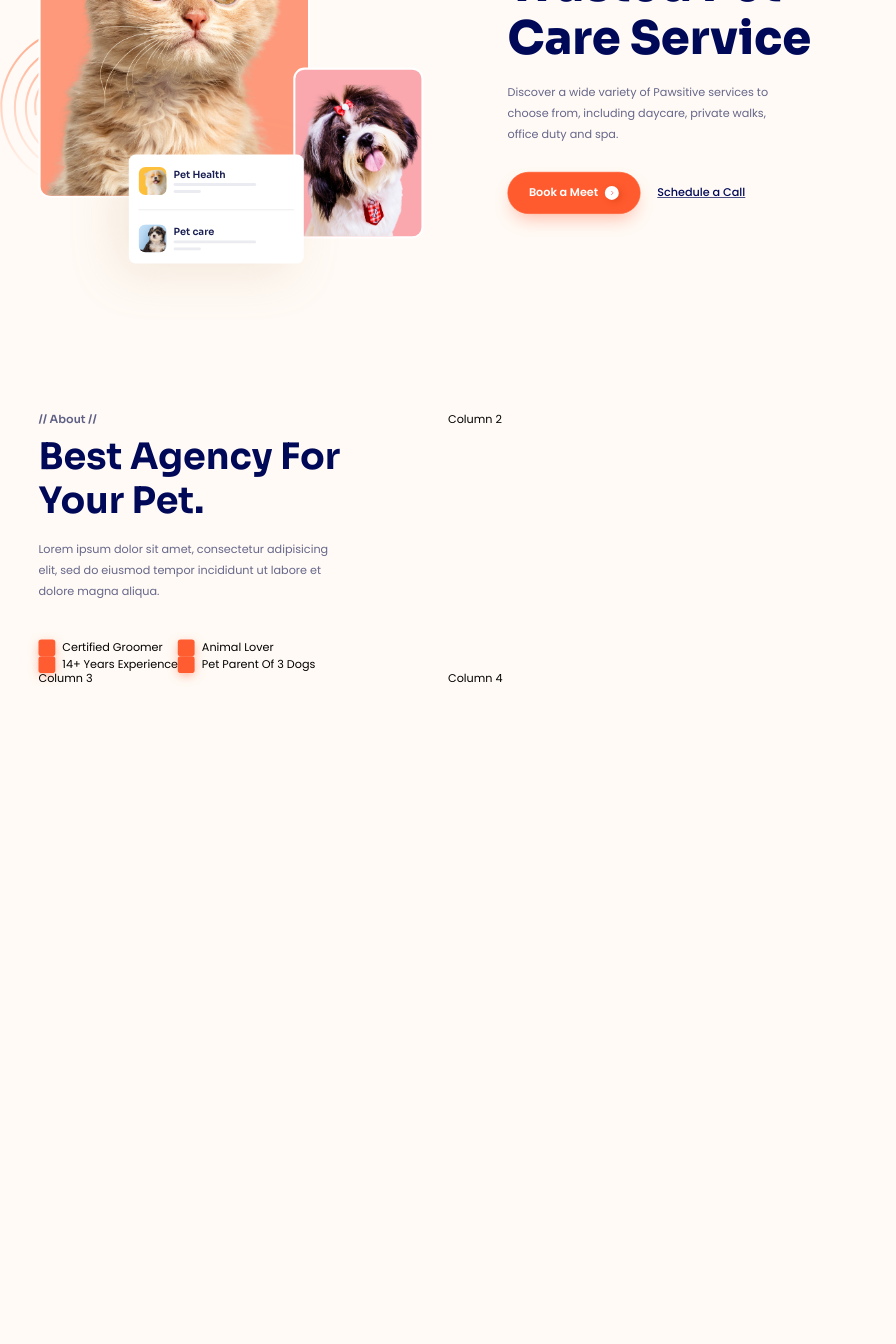
Repository: empty24062002/f8-project-05
Page: index.html
These files come from the project's save history. The page is drawn as it stood at one moment and after the next save; the edit follows.
The browser window is 1280 px wide. The pictures show the part of the page from y = 382 to 2302 px (the page is 10965 px tall), at 70% of full size.

Above is the page before, as saved 2023-09-11 09:45:36.

### index.html
<!DOCTYPE html>
<html lang="en">
    <head>
        <meta charset="UTF-8" />
        <meta name="viewport" content="width=device-width, initial-scale=1.0" />
        <title>Lucy</title>
        <!-- favicon -->
        <link
            rel="apple-touch-icon"
            sizes="57x57"
            href="./assets/favicon/apple-icon-57x57.png"
        />
        <link
            rel="apple-touch-icon"
            sizes="60x60"
            href="./assets/favicon/apple-icon-60x60.png"
        />
        <link
            rel="apple-touch-icon"
            sizes="72x72"
            href="./assets/favicon/apple-icon-72x72.png"
        />
        <link
            rel="apple-touch-icon"
            sizes="76x76"
            href="./assets/favicon/apple-icon-76x76.png"
        />
        <link
            rel="apple-touch-icon"
            sizes="114x114"
            href="./assets/favicon/apple-icon-114x114.png"
        />
        <link
            rel="apple-touch-icon"
            sizes="120x120"
            href="./assets/favicon/apple-icon-120x120.png"
        />
        <link
            rel="apple-touch-icon"
            sizes="144x144"
            href="./assets/favicon/apple-icon-144x144.png"
        />
        <link
            rel="apple-touch-icon"
            sizes="152x152"
            href="./assets/favicon/apple-icon-152x152.png"
        />
        <link
            rel="apple-touch-icon"
            sizes="180x180"
            href="./assets/favicon/apple-icon-180x180.png"
        />
        <link
            rel="icon"
            type="image/png"
            sizes="192x192"
            href="./assets/favicon/android-icon-192x192.png"
        />
        <link
            rel="icon"
            type="image/png"
            sizes="32x32"
            href="./assets/favicon/favicon-32x32.png"
        />
        <link
            rel="icon"
            type="image/png"
            sizes="96x96"
            href="./assets/favicon/favicon-96x96.png"
        />
        <link
            rel="icon"
            type="image/png"
            sizes="16x16"
            href="./assets/favicon/favicon-16x16.png"
        />
        <link rel="manifest" href="./assets/favicon/manifest.json" />
        <meta name="msapplication-TileColor" content="#ffffff" />
        <meta
            name="msapplication-TileImage"
            content="./assets/favicon/ms-icon-144x144.png"
        />
        <meta name="theme-color" content="#ffffff" />
        <!-- reset CSS -->
        <link rel="stylesheet" href="./assets/css/reset.css" />
        <!-- embed font -->
        <link rel="preconnect" href="https://fonts.googleapis.com" />
        <link rel="preconnect" href="https://fonts.gstatic.com" crossorigin />
        <link
            href="https://fonts.googleapis.com/css2?family=Poppins:wght@300;400;500;600&family=Sora:wght@600;700;800&display=swap"
            rel="stylesheet"
        />
        <!-- style css -->
        <link rel="stylesheet" href="./assets/css/styles.css" />
    </head>
    <body>
        <!-- header -->
        <header class="header">
            <div class="container">
                <div class="header__inner">
                    <!-- logo -->
                    <a href="#!">
                        <img
                            src="./assets/img/logo.svg"
                            alt="Lucy"
                            class="header__logo"
                        />
                    </a>
                    <!-- navbar -->
                    <nav class="navbar">
                        <ul class="navbar__list">
                            <li class="navbar__item">
                                <a href="#!" class="navbar__link"> Home </a>
                            </li>
                            <li class="navbar__item">
                                <a href="#!" class="navbar__link"> About </a>
                            </li>
                            <li class="navbar__item">
                                <a href="#!" class="navbar__link"
                                    >Services & Rates
                                </a>
                            </li>
                            <li class="navbar__item">
                                <a href="#!" class="navbar__link"> Reviews </a>
                            </li>
                            <li class="navbar__item">
                                <a href="#!" class="navbar__link">
                                    Contacts us
                                </a>
                            </li>
                        </ul>
                    </nav>
                    <!-- header action -->
                    <div class="header-action">
                        <a href="#!" class="header-action__link">Sign in</a>
                        <a href="#!" class="btn header-action__btn">Sign up</a>
                    </div>
                </div>
            </div>
        </header>
        <!-- hero -->
        <section class="hero">
            <div class="container">
                <div class="hero__inner">
                    <!-- hero media -->
                    <div class="hero__media">
                        <div class="hero__img-wrap">
                            <img
                                src="./assets/img/hero__img1.png"
                                alt=""
                                class="hero__img"
                            />

                            <!-- Decorators -->
                            <img
                                src="./assets/img/decor__01.svg"
                                alt=""
                                class="hero__decor hero__decor-left"
                            />
                            <img
                                src="./assets/img/decor__02.svg"
                                alt=""
                                class="hero__decor hero__decor-right"
                            />
                        </div>
                        <div class="hero__img-wrap hero__img-wrap-small">
                            <img
                                src="./assets/img/hero__img2.png"
                                alt=""
                                class="hero__img"
                            />
                        </div>

                        <div class="hero__list">
                            <!-- hero list item 1 -->
                            <section class="hero-list-item">
                                <img
                                    src="./assets/img/hero__img3.png"
                                    alt=""
                                    class="hero-list-item__thump"
                                />
                                <div class="hero-list-item__info">
                                    <p class="hero-list-item__title">
                                        Pet Health
                                    </p>
                                    <div class="hero-list-item__skeleton"></div>
                                    <div
                                        class="hero-list-item__skeleton"
                                        style="--width: 39px"
                                    ></div>
                                </div>
                            </section>

                            <div class="hero-list-item__separate"></div>
                            <!-- hero list item 2 -->
                            <section class="hero-list-item">
                                <img
                                    src="./assets/img/hero__img4.png"
                                    alt=""
                                    class="hero-list-item__thump"
                                />
                                <div class="hero-list-item__info">
                                    <p class="hero-list-item__title">
                                        Pet care
                                    </p>
                                    <div class="hero-list-item__skeleton"></div>
                                    <div
                                        class="hero-list-item__skeleton"
                                        style="--width: 39px"
                                    ></div>
                                </div>
                            </section>
                        </div>
                    </div>
                    <!-- hero content -->
                    <section class="hero__content">
                        <h1 class="hero__heading">
                            Established & Trusted Pet Care Service
                        </h1>
                        <p class="hero__desc">
                            Discover a wide variety of Pawsitive services to
                            choose from, including daycare, private walks,
                            office duty and spa.
                        </p>
                        <div class="hero__row">
                            <a href="#!" class="btn btn--primary hero__cta-btn">
                                Book a Meet
                                <span class="btn__icon">
                                    <svg
                                        width="5"
                                        height="6"
                                        viewBox="0 0 5 6"
                                        fill="none"
                                        xmlns="http://www.w3.org/2000/svg"
                                    >
                                        <path
                                            d="M1.48584 0.5L3.98584 3L1.48584 5.5"
                                            stroke="#FD5056"
                                            stroke-linecap="round"
                                            stroke-linejoin="round"
                                        />
                                    </svg>
                                </span>
                            </a>
                            <a href="#!" class="hero__cta-link">
                                Schedule a Call
                            </a>
                        </div>
                    </section>
                </div>
            </div>
        </section>
        <main style="height: 10000px">
            <!-- about -->
            <section class="about">
                <div class="container">
                    <div class="about__inner">
                        <section class="about__content">
                            <p class="about__lable">// About //</p>
                            <h2 class="about__heading section-heading">
                                Best Agency For Your Pet.
                            </h2>
                            <p class="about__desc section-desc">
                                Lorem ipsum dolor sit amet, consectetur
                                adipisicing elit, sed do eiusmod tempor
                                incididunt ut labore et dolore magna aliqua.
                            </p>
                            <div class="about__checklist">
                                <span class="about__check-item">
                                    Certified Groomer
                                </span>
                                <span class="about__check-item">
                                    Animal Lover
                                </span>
                                <span class="about__check-item">
                                    14+ Years Experience
                                </span>
                                <span class="about__check-item">
                                    Pet Parent Of 3 Dogs
                                </span>
                            </div>
                        </section>
                        <div class="about__media">Column 2</div>
                        <div class="about__media">Column 3</div>
                        <section class="about__content">Column 4</section>
                    </div>
                </div>
            </section>
        </main>
    </body>
</html>

### assets/css/styles.css
* {
    box-sizing: border-box;
}

:root {
    --primary-color: #ff5b2e;
}

html {
    font-size: 62.5%;
}

body {
    font-size: 1.6rem;
    font-family: "Poppins", sans-serif;
    background: #fffaf5;
}

/* common */

h1,
h2,
h3,
h4,
h5,
h6 {
    font-family: "Sora", sans-serif;
}

input,
textarea,
select,
button {
    font-size: inherit;
    font-family: inherit;
}

a {
    text-decoration: none;
}

.container {
    width: 1170px;
    max-width: calc(100% - 48px);
    margin: 0 auto;
}

.btn {
    --height: 56px;

    display: inline-flex;
    align-items: center;
    justify-content: center;
    min-width: 130px;
    height: var(--height);
    line-height: var(--height);
    border: 1px solid rgb(0, 9, 88, 0.7);
    border-radius: 99px;
    color: #000958;
    text-align: center;
    font-size: 1.4rem;
    font-weight: 600;
}

.btn:hover {
    opacity: 0.8;
    cursor: pointer;
}

.btn--primary {
    background: var(--primary-color);
    color: #fff;
    border-color: var(--primary-color);
}

.btn__icon {
    display: flex;
    justify-content: center;
    align-items: center;
    margin-left: 10px;
    width: 20px;
    height: 20px;
    border-radius: 50%;
    background-color: #fff;
    box-shadow: 4px 3px 10px -1px rgba(191, 41, 0, 0.4);
}

.section-heading {
    color: #000958;
    font-family: "Sora", sans-serif;
    font-size: 5.2rem;
    font-weight: 700;
    line-height: 1.19;
}

.section-desc {
    margin-top: 24px;
    color: #656689;
    font-size: 1.6rem;
    font-weight: 400;
    line-height: 1.87; /* 187.5% */
}

/* header */
.header {
    padding: 26px 0;
}

.header__inner {
    display: flex;
    justify-content: space-between;
    align-items: center;
}

.navbar__list {
    display: flex;
}

.navbar__link,
.header-action__link {
    padding: 8px 18px;
    color: #5e6085;
    font-size: 1.4rem;
    font-weight: 500;
    line-height: 1; /* 100% */
}

.navbar__link:hover {
    color: #000958;
    text-shadow: 1px 0 0 currentColor;
}

.header-action__btn {
    --height: 50px;

    min-width: 117px;
}

/* hero */
.hero {
    margin-top: 74px;
}

.hero__inner {
    display: flex;
    justify-content: space-between;
    align-items: center;
    column-gap: 120px;
}

.hero__media {
    display: flex;
    position: relative;
    padding-bottom: 94px;
}

.hero__img-wrap {
    position: relative;
    display: flex;
    justify-content: center;
    align-items: flex-end;
    width: 388px;
    height: 488px;
    border: 3px solid #fff;
    border-radius: 16px;
    background: #fe997b;
}

.hero__img {
    max-width: 100%;
    max-height: 100%;
    border-radius: inherit;
}

.hero__decor {
    position: absolute;
    z-index: -1;
}

.hero__decor-left {
    left: -58px;
    bottom: 10px;
}

.hero__decor-right {
    top: 16px;
    right: -43px;
}

.hero__img-wrap-small {
    align-self: flex-end;
    width: 186px;
    height: 244px;
    margin: 0 0 -58px -24px;
    border: 2px solod #f7dddf;
    background: #faa7ad;
}

.hero__list {
    position: absolute;
    left: 129px;
    bottom: 0;
    width: 250px;
    height: 156px;
    padding: 18px 14px;
    border-radius: 10px;
    background: #fff;
    box-shadow: -17px 14px 68px -4px rgba(207, 174, 132, 0.25);
}

.hero-list-item {
    display: flex;
    align-items: center;
}

.hero-list-item:nth-of-type(2) .hero-list-item__thump {
    background-color: #c6e2fa;
}

.hero-list-item__thump {
    width: 40px;
    height: 40px;
    border-radius: 10px;
    object-fit: cover;
    background: #fec23f;
}

.hero-list-item__info {
    margin-left: 10px;
}

.hero-list-item__title {
    color: #181e52;
    font-family: "Sora", sans-serif;
    font-size: 1.4rem;
    font-weight: 600;
    line-height: 1;
}

.hero-list-item__separate {
    margin: 20px 0;
    width: 100%;
    height: 2px;
    background: #f2f2f2;
}

.hero-list-item__skeleton {
    margin-top: 6px;
    width: var(--width, 118px);
    height: 4px;
    border-radius: 10px;
    opacity: 0.08;
    background: #000958;
}

.hero__heading {
    color: #000958;
    font-size: 6.6rem;
    font-weight: 800;
    line-height: 1.15; /* 115.152% */
}

.hero__desc {
    width: 391px;
    margin-top: 24px;
    color: #656689;
    font-size: 1.6rem;
    font-weight: 400;
    line-height: 1.88;
}

.hero__row {
    display: flex;
    align-items: center;
    margin-top: 38px;
}

.hero__cta-btn {
    --height: 60px;

    min-width: 190px;
    font-size: 1.6rem;
    box-shadow: 0px 13px 26px -8px rgba(255, 91, 46, 0.42);
}

.hero__cta-link {
    margin-left: 24px;
    color: #000958;
    font-size: 1.6rem;
    font-weight: 500;
    line-height: 1;
    text-decoration: underline;
}
/* about */
.about {
    margin-top: 207px;
    padding: 8px 0;
}

.about__inner {
    display: grid;
    grid-template-columns: 1fr 1fr;
}

.about__lable {
    color: #5e6085;
    font-family: "Sora", sans-serif;
    font-size: 1.6rem;
    font-weight: 600;
    line-height: 1;
}

.about__heading {
    margin-top: 15px;
}

.about__heading,
.about__desc {
    width: 444px;
}

.about__checklist {
    display: grid;
    grid-template-columns: auto auto;
    justify-content: flex-start;
    margin-top: 54px;
}

.about__check-item {
    display: flex;
    align-items: center;
    column-gap: 10px;
}

.about__check-item::before {
    content: "";
    display: inline-block;
    width: 24px;
    height: 24px;
    background: #ff5d31;
    box-shadow: 0px 4px 15px -3px #ff5d31b0;
    border-radius: 4px;
}

Loaded but not shown: assets/css/reset.css (common file)

After the next save:
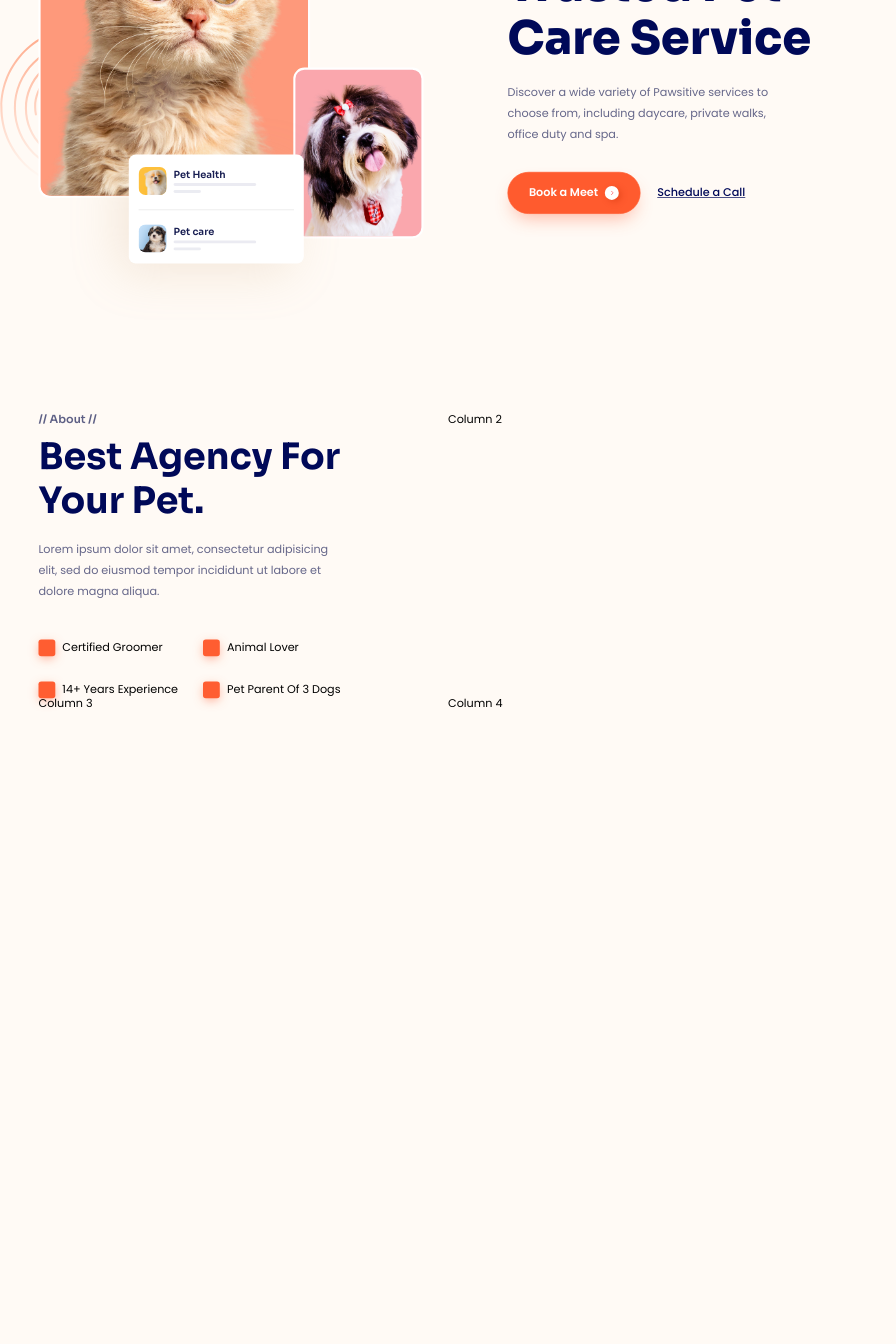
Saved 18 s later.
--- a/assets/css/styles.css
+++ b/assets/css/styles.css
@@ -323,6 +323,7 @@ a {
     display: grid;
     grid-template-columns: auto auto;
     justify-content: flex-start;
+    gap: 36px;
     margin-top: 54px;
 }
 
